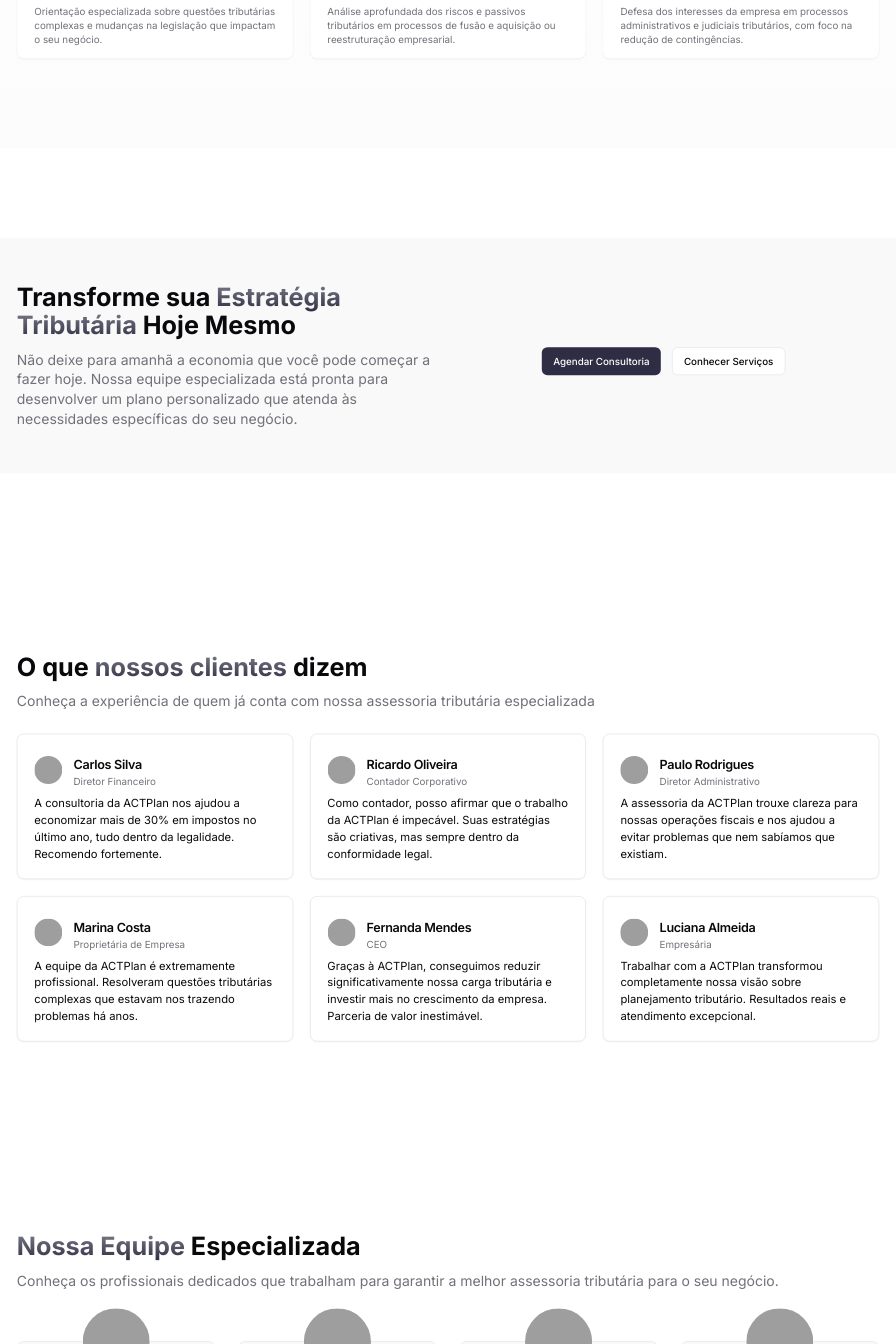
Repository: xoiurp/actplan-landing-page
Page: / (app in shadcn-landing-page-main/)
These files come from the project's save history. The page is drawn as it stood at one moment and after the next save; the edit follows.
The browser window is 1280 px wide. The pictures show the part of the page from y = 4580 to 6500 px (the page is 9257 px tall before and 9093 px after), at 70% of full size.
Pictures or frames that could not be fetched are drawn as grey boxes. The project was rebuilt for these pictures with package versions that can differ from the ones it lists, and the page was loaded fresh each time. Also part of the build but not shown: shadcn-landing-page-main/vite.config.ts.

Above is the page before, as saved 2025-06-24 17:01:53.

After the next save:
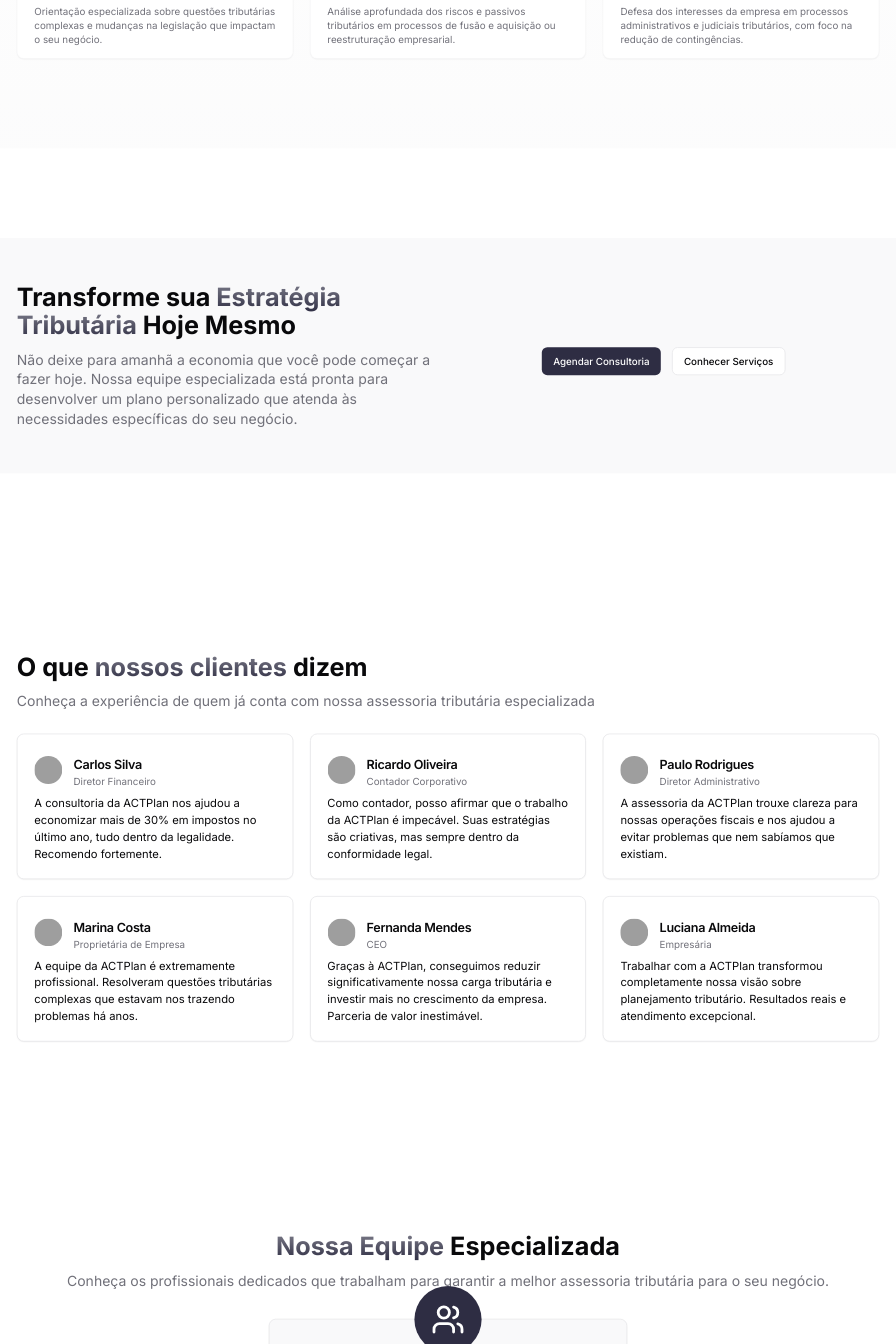
Saved 37 s later.
--- a/shadcn-landing-page-main/src/components/Team.tsx
+++ b/shadcn-landing-page-main/src/components/Team.tsx
@@ -1,149 +1,46 @@
-import { buttonVariants } from "@/components/ui/button";
 import {
   Card,
   CardContent,
   CardDescription,
-  CardFooter,
   CardHeader,
   CardTitle,
 } from "@/components/ui/card";
-import { Linkedin } from "lucide-react";
-
-interface TeamProps {
-  imageUrl: string;
-  name: string;
-  position: string;
-  description: string;
-  socialNetworks: SociaNetworkslProps[];
-}
-
-interface SociaNetworkslProps {
-  name: string;
-  url: string;
-}
-
-const teamList: TeamProps[] = [
-  {
-    imageUrl: "https://i.pravatar.cc/150?img=35",
-    name: "Olivia Tazawa",
-    position: "Diretora Executiva",
-    description: "Especialista em planejamento tributário com mais de 15 anos de experiência no setor financeiro.",
-    socialNetworks: [
-      {
-        name: "Linkedin",
-        url: "https://www.linkedin.com/",
-      }
-    ],
-  },
-  {
-    imageUrl: "https://i.pravatar.cc/150?img=60",
-    name: "Marcos Almeida",
-    position: "Consultor Tributário Sênior",
-    description: "Contador com especialização em direito tributário e vasta experiência em consultoria para empresas de médio e grande porte.",
-    socialNetworks: [
-      {
-        name: "Linkedin",
-        url: "https://www.linkedin.com/",
-      }
-    ],
-  },
-  {
-    imageUrl: "https://i.pravatar.cc/150?img=36",
-    name: "Carla Mendes",
-    position: "Advogada Tributarista",
-    description: "Especialista em contencioso tributário e planejamento fiscal para empresas de diversos segmentos.",
-    socialNetworks: [
-      {
-        name: "Linkedin",
-        url: "https://www.linkedin.com/",
-      }
-    ],
-  },
-  {
-    imageUrl: "https://i.pravatar.cc/150?img=17",
-    name: "Roberto Santos",
-    position: "Analista Fiscal",
-    description: "Profissional com ampla experiência em análise de documentos fiscais e identificação de oportunidades de economia tributária.",
-    socialNetworks: [
-      {
-        name: "Linkedin",
-        url: "https://www.linkedin.com/",
-      }
-    ],
-  },
-];
+import { Users } from "lucide-react";
 
 export const Team = () => {
-  const socialIcon = (iconName: string) => {
-    switch (iconName) {
-      case "Linkedin":
-        return <Linkedin size="20" />;
-      default:
-        return null;
-    }
-  };
-
   return (
     <section
       id="team"
       className="container py-24 sm:py-32"
     >
-      <h2 className="text-3xl md:text-4xl font-bold">
+      <h2 className="text-3xl md:text-4xl font-bold text-center">
         <span className="bg-gradient-to-b from-primary/60 to-primary text-transparent bg-clip-text">
           Nossa Equipe{" "}
         </span>
         Especializada
       </h2>
 
-      <p className="mt-4 mb-10 text-xl text-muted-foreground">
+      <p className="mt-4 mb-10 text-xl text-muted-foreground text-center">
         Conheça os profissionais dedicados que trabalham para garantir a melhor assessoria tributária para o seu negócio.
       </p>
 
-      <div className="grid md:grid-cols-2 lg:grid-cols-4 gap-8 gap-y-10">
-        {teamList.map(
-          ({ imageUrl, name, position, description, socialNetworks }: TeamProps) => (
-            <Card
-              key={name}
-              className="bg-muted/50 relative mt-8 flex flex-col justify-center items-center"
-            >
-              <CardHeader className="mt-8 flex justify-center items-center pb-2">
-                <img
-                  src={imageUrl}
-                  alt={`${name} - ${position}`}
-                  className="absolute -top-12 rounded-full w-24 h-24 aspect-square object-cover"
-                />
-                <CardTitle className="text-center">{name}</CardTitle>
-                <CardDescription className="text-primary">
-                  {position}
-                </CardDescription>
-              </CardHeader>
+      <Card
+        className="bg-muted/50 relative mt-8 flex flex-col justify-center items-center max-w-lg mx-auto"
+      >
+        <CardHeader className="mt-8 flex justify-center items-center pb-2">
+          <div className="absolute -top-12 rounded-full w-24 h-24 aspect-square bg-primary flex items-center justify-center">
+            <Users className="text-white h-12 w-12" />
+          </div>
+          <CardTitle className="text-center">Equipe ACTPlan</CardTitle>
+          <CardDescription className="text-primary">
+            Especialistas em Assessoria Tributária
+          </CardDescription>
+        </CardHeader>
 
-              <CardContent className="text-center pb-2">
-                <p>{description}</p>
-              </CardContent>
-
-              <CardFooter>
-                {socialNetworks.map(({ name, url }: SociaNetworkslProps) => (
-                  <div key={name}>
-                    <a
-                      rel="noreferrer noopener"
-                      href={url}
-                      target="_blank"
-                      className={buttonVariants({
-                        variant: "ghost",
-                        size: "sm",
-                      })}
-                    >
-                      <span className="sr-only">{name} icon</span>
-                      {socialIcon(name)}
-                    </a>
-                  </div>
-                ))}
-              </CardFooter>
-            </Card>
-          )
-        )}
-      </div>
+        <CardContent className="text-center pb-2">
+          <p>Nossa equipe é formada por contadores, advogados e administradores com vasta experiência no mercado, prontos para oferecer as melhores soluções para sua empresa.</p>
+        </CardContent>
+      </Card>
     </section>
   );
 };
